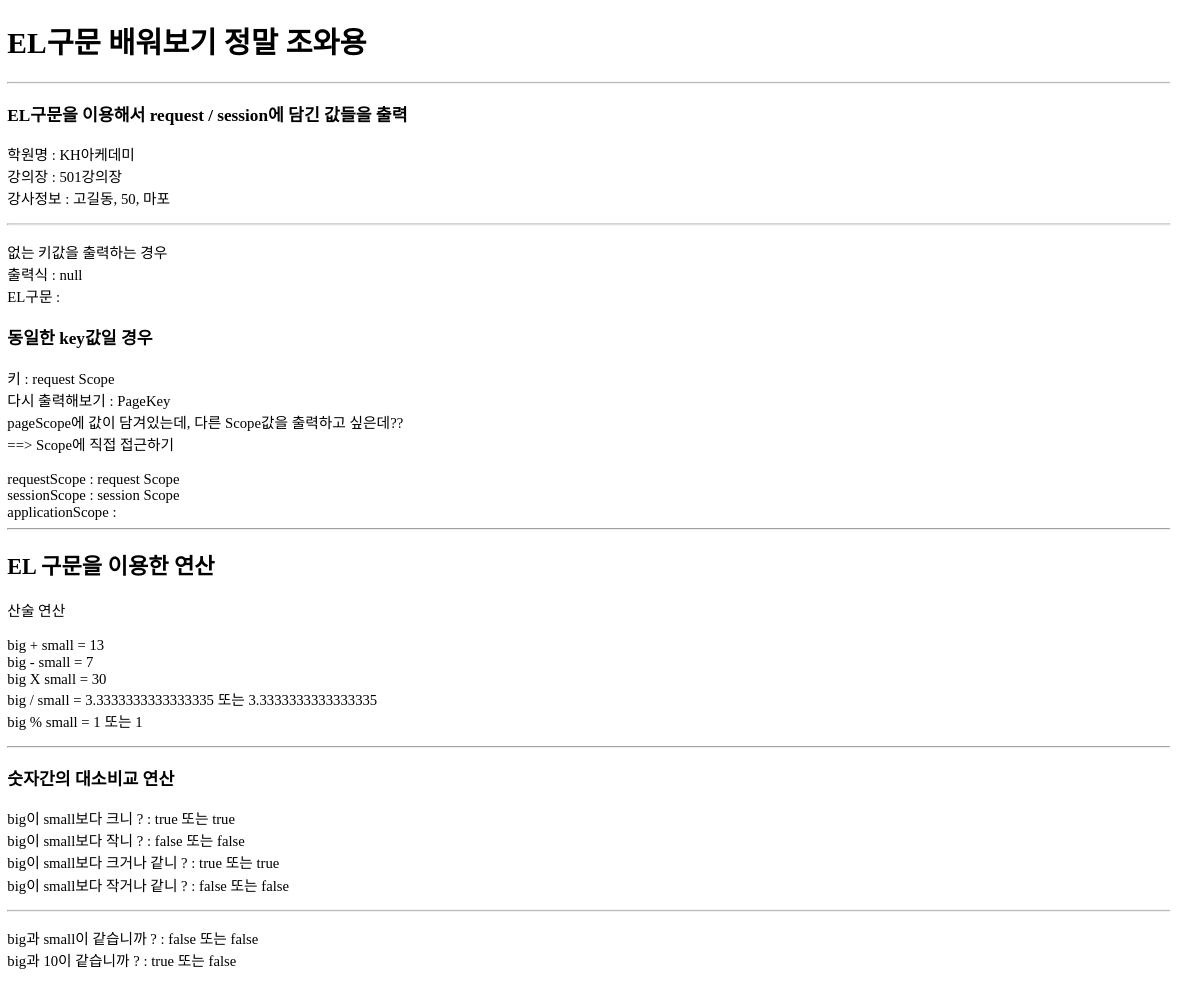
Repository: ghksl0204-shapa/dynamic-web
Page: http://localhost/ActionProject/el.do
These files come from the project's save history. The page is drawn as it stood at one moment and after the next save; the edit follows.
The browser window is 1280 px wide. The pictures show the whole page, at 92% of full size.
The page is served by Tomcat 9. Other server files are loaded and not shown.

Above is the page before, as saved 2026-05-06 06:35:46.

### ActionProject/src/main/webapp/WEB-INF/views/01_el.jsp
<%@ page language="java" contentType="text/html; charset=UTF-8"
    pageEncoding="UTF-8"%>
<%@ page import="com.kh.el.model.dto.Person" %>
<!DOCTYPE html>
<html>
<head>
<meta charset="UTF-8">
<title>UltraSuperPower JSP</title>
</head>
<body>

	<h1>EL구문 배워보기 정말 조와용</h1>

	<%--
	<!--

	<%
		String classRoom = (String)request.getAttribute("classRoom");
		Person student = (Person)request.getAttribute("student");

		String academy = (String)session.getAttribute("academy");
		Person lecture = (Person)session.getAttribute("lecture");
	%>

	<p>
		학원명 : <%= academy %> <br>
		강의장 : <%= classRoom %> <br>
		강사정보 : <%= lecture.getName() %>, <%= lecture.getAge() %>, <%= lecture.getAddress() %> <br><br>

		수강생 정보
		<ul>
			<li>이름 : <%= student.getName() %></li>
			<li>나이 : <%= student.getAge() %></li>
			<li>주소 : <%= student.getAddress() %></li>
		</ul>
	</p>
	-->
	--%>

	<hr>

	<h3>EL구문을 이용해서 request / session에 담긴 값들을 출력</h3>

	<p>
		학원명 : ${ academy } <br>
		강의장 : ${ classRoom } <br>
		강사정보 : ${ lecture.name }, ${ lecture.age }, ${ lecture.address } <br>

		<!--
			실제로 필드에 직접 접근 하는것은 불가능
			.name => getName()
			내부적으로 getter메소드를 찾아서 호출해서 값을 출력하는 구조
		 -->
	</p>

	<hr>

	<p>
		없는 키값을 출력하는 경우 <br>

		출력식 : <%= request.getAttribute("clasRoom") %> <br>
		EL구문 : ${ clasRoom } <br>
	</p>

	<h3>동일한 key값일 경우</h3>

	키 : ${ key } <br>

	<%
		// page Scope 에 추가
		pageContext.setAttribute("key", "PageKey");
	%>

	다시 출력해보기 : ${ key } <br>

	<!--
		EL구문은 가장 작은 범위의 scope부터 키값을 찾음
		page => request => session => application순으로 키 값을 검색

		모든 영역을 다 찾았는데 키가 존재하지 않는다 ? => 아무일도 일어나지 않음 오류 안남
	 -->

	 pageScope에 값이 담겨있는데, 다른 Scope값을 출력하고 싶은데?? <br>

	 ==> Scope에 직접 접근하기 <br><br>

	 requestScope : ${ requestScope.key } <br>
	 sessionScope : ${ sessionScope.key } <br>
	 applicationScope : ${ applicationScope.key } <br>

	 <hr>

	 <h2>EL 구문을 이용한 연산</h2>

	 <p>
	 	산술 연산 <br><br>

	 	big + small = ${ big + small }<br>
	 	big - small = ${ big - small }<br>
	 	big X small = ${ big * small }<br>
	 	big / small = ${ big / small } 또는 ${ big div small }<br>
	 	big % small = ${ big % small } 또는 ${ big mod small }<br>
	 </p>

	 <hr>

	 <h3>숫자간의 대소비교 연산</h3>

	 <p>
	 	big이 small보다 크니 ? : ${ big > small } 또는 ${ big gt small }<br>
	 	big이 small보다 작니 ? : ${ big < small } 또는 ${ bit lt small }<br>
	 	big이 small보다 크거나 같니 ? : ${ big >= small } 또는 ${ big ge small }<br>
	 	big이 small보다 작거나 같니 ? : ${ big <= small } 또는 ${ big le small }<br>
	 </p>

	 <hr>

	 <p>
	 	big과 small이 같습니까 ? : ${ big == small } 또는 ${ big eq small } <br>
	 	big과 10이 같습니까 ? : ${ big eq 10 } 또는 ${ big ne 10 } <br>
	 </p>
























</body>
</html>

### ActionProject/src/main/java/com/kh/el/controller/ElServlet.java
package com.kh.el.controller;

import java.io.IOException;
import java.util.ArrayList;

import javax.servlet.ServletException;
import javax.servlet.annotation.WebServlet;
import javax.servlet.http.HttpServlet;
import javax.servlet.http.HttpServletRequest;
import javax.servlet.http.HttpServletResponse;
import javax.servlet.http.HttpSession;

import com.kh.el.model.dto.Person;

@WebServlet("/el.do")
public class ElServlet extends HttpServlet {
	private static final long serialVersionUID = 1L;

    public ElServlet() {
        super();
    }

	protected void doGet(HttpServletRequest request, HttpServletResponse response) throws ServletException, IOException {
		// 만약 서블릿에서 응답할 데이터가 존재 한다면!!!
		// JSP로 포워딩을 할 때 request.setAttribute("name값", "value값") -> forward ~~
		// request -> Servlet 내장객체 / Scope 객체

		// application / session / request / page

		/*
		 * 1. application scope : ServletContext
		 * 한 애플리케이션 당, 딱 한개 존재하는 객체
		 * 이 영역에 데이터를 담으면 애플리케이션 전역에서 사용 가능
		 *
		 *
		 * 2. session scope : HttpSession
		 * 하나의 브라우저 당, 한 개 존재하는 객체
		 * 이 영역에 데이터를 담으면 JSP / Servlet 단에서 사용 가능
		 * 값이 한 번 담기면 서버를 멈추건, 세션을 비우거나, 브라우저가 닫히기 전까지는 계속 사용 가능
		 *
		 * 3. request scope : HttpServletRequest
		 * 요청 및 응답 시 매법 생성되는 객체
		 * 이 영역에 데이터를 담으면 해당 request 를 포워딩 받는 응답 JSP 에서만 사용가능 (1회성)
		 *
		 * 4. page scope : PageContext
		 * JSP페이지에서만 사용가능
		 *
		 * => 위 객체들에 속성을 추가할 때는 .setAttribute("name값", 벨류);
		 * 							  .getAttribute("namer값");
		 * 							  .removeAttribute("name값");
		 */
		// DTO(VO) 한 개, List<DTO>, int, String

		request.setAttribute("classRoom", "501강의장");
		request.setAttribute("student", new Person("홍길동", 15, "한양"));

		// sessionScope
		HttpSession session = request.getSession();
		session.setAttribute("academy", "KH아케데미");
		session.setAttribute("lecture", new Person("고길동", 50, "마포"));

		request.setAttribute("key", "request Scope");
		session.setAttribute("key", "session Scope");

		// 숫자
		request.setAttribute("small", 3);
		request.setAttribute("big", 10);

		// 문자열
		request.setAttribute("strOne", "안녕");
		request.setAttribute("setTwo", new String("안녕"));

		// 객체
		request.setAttribute("obj", new Person("콩쥐", 20, "콩쥐네"));

		// 리스트
		request.setAttribute("list", new ArrayList());

		// 응답 뷰 배정 -> 포워딩
		request.getRequestDispatcher("/WEB-INF/views/01_el.jsp").forward(request, response);


	}

	protected void doPost(HttpServletRequest request, HttpServletResponse response) throws ServletException, IOException {
		doGet(request, response);
	}




















}

### ActionProject/src/main/java/com/kh/el/model/dto/Person.java
package com.kh.el.model.dto;

public class Person {

	private String name;
	private int age;
	private String address;

	public Person() {
		super();
	}

	public Person(String name, int age, String address) {
		super();
		this.name = name;
		this.age = age;
		this.address = address;
	}

	public String getName() {
		return name;
	}

	public void setName(String name) {
		this.name = name;
	}

	public int getAge() {
		return age;
	}

	public void setAge(int age) {
		this.age = age;
	}

	public String getAddress() {
		return address;
	}

	public void setAddress(String address) {
		this.address = address;
	}

	@Override
	public String toString() {
		return "Person [name=" + name + ", age=" + age + ", address=" + address + "]";
	}

}

After the next save:
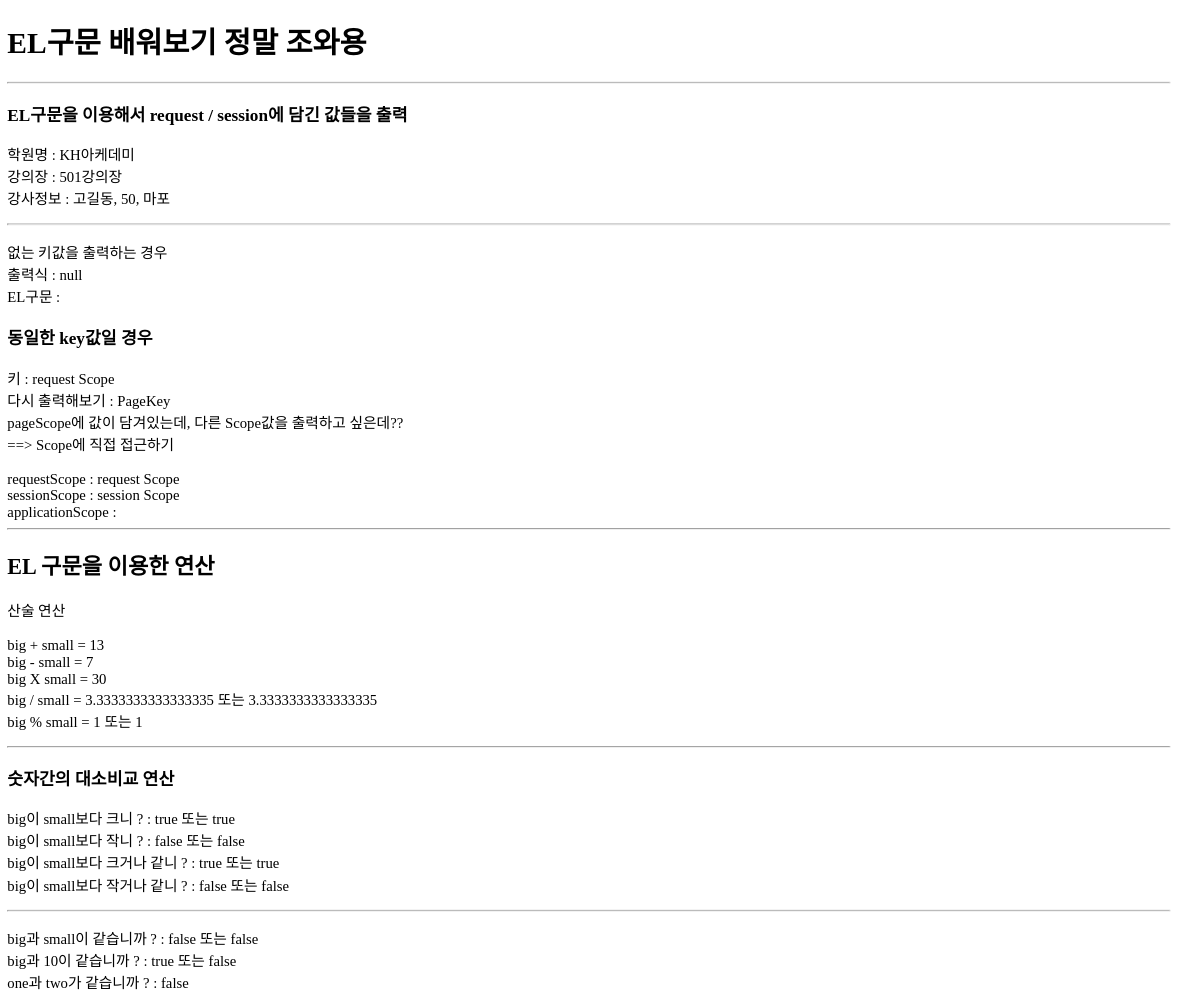
Saved 105 s later.
--- a/ActionProject/src/main/webapp/WEB-INF/views/01_el.jsp
+++ b/ActionProject/src/main/webapp/WEB-INF/views/01_el.jsp
@@ -118,6 +118,8 @@
 	 <p>
 	 	big과 small이 같습니까 ? : ${ big == small } 또는 ${ big eq small } <br>
 	 	big과 10이 같습니까 ? : ${ big eq 10 } 또는 ${ big ne 10 } <br>
+
+	 	one과 two가 같습니까 ? : ${ strOne == strTwo }
 	 </p>
 
 
